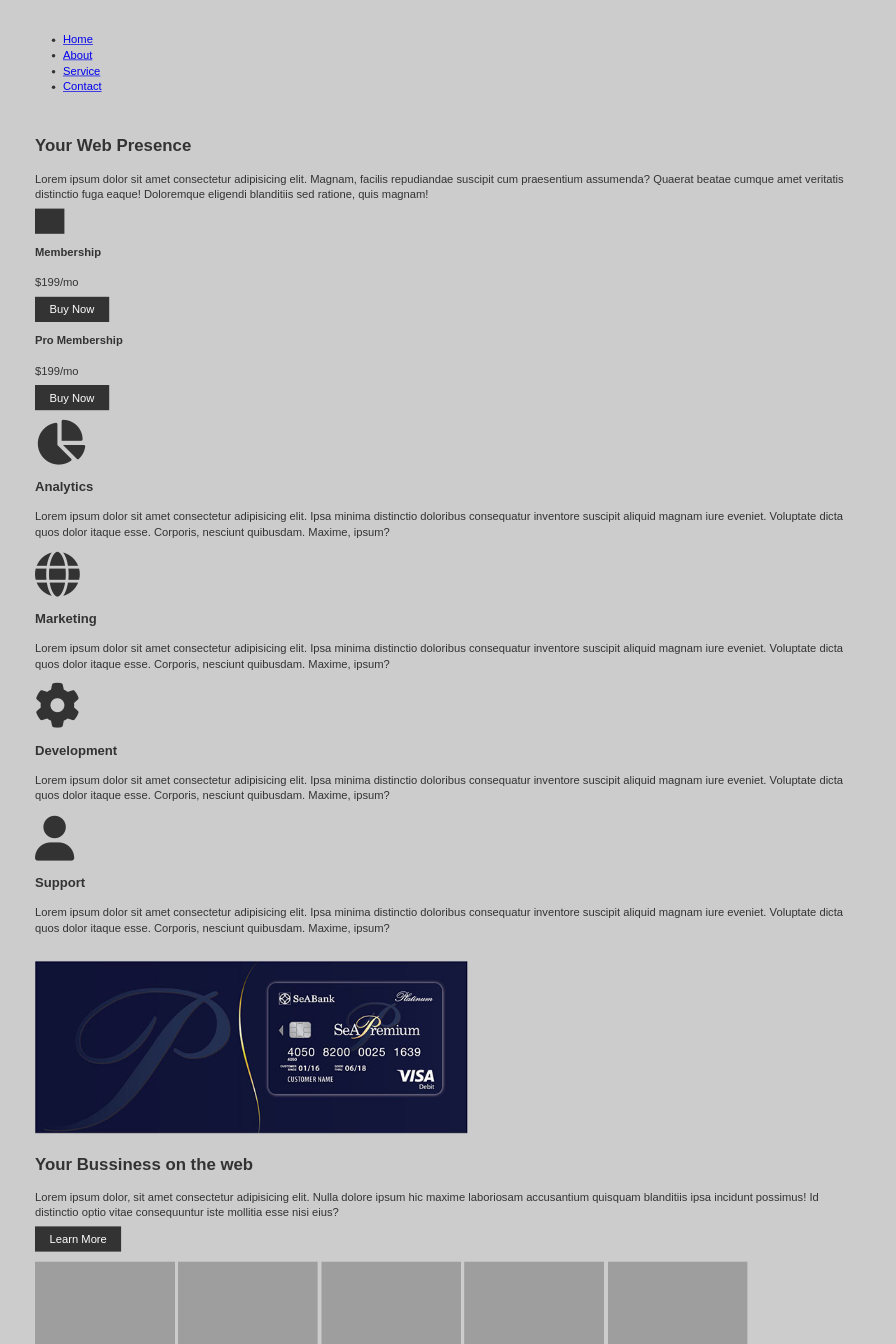
Repository: 1813404040072/grid-demo
Page: index.html
The author's editor kept a copy of each file at every save. The page is drawn from the files as they stood at one save, then again after a run of saves.
The browser window is 1280 px wide. The pictures show the part of the page from y = 0 to 1920 px (the page is 2319 px tall before and 2379 px after), at 70% of full size.
Pictures or frames that could not be fetched are drawn as grey boxes. Some web libraries are served in a nearby version.

Above is the page before, as saved 2019-12-24 23:16:36.

After the next 14 saves:
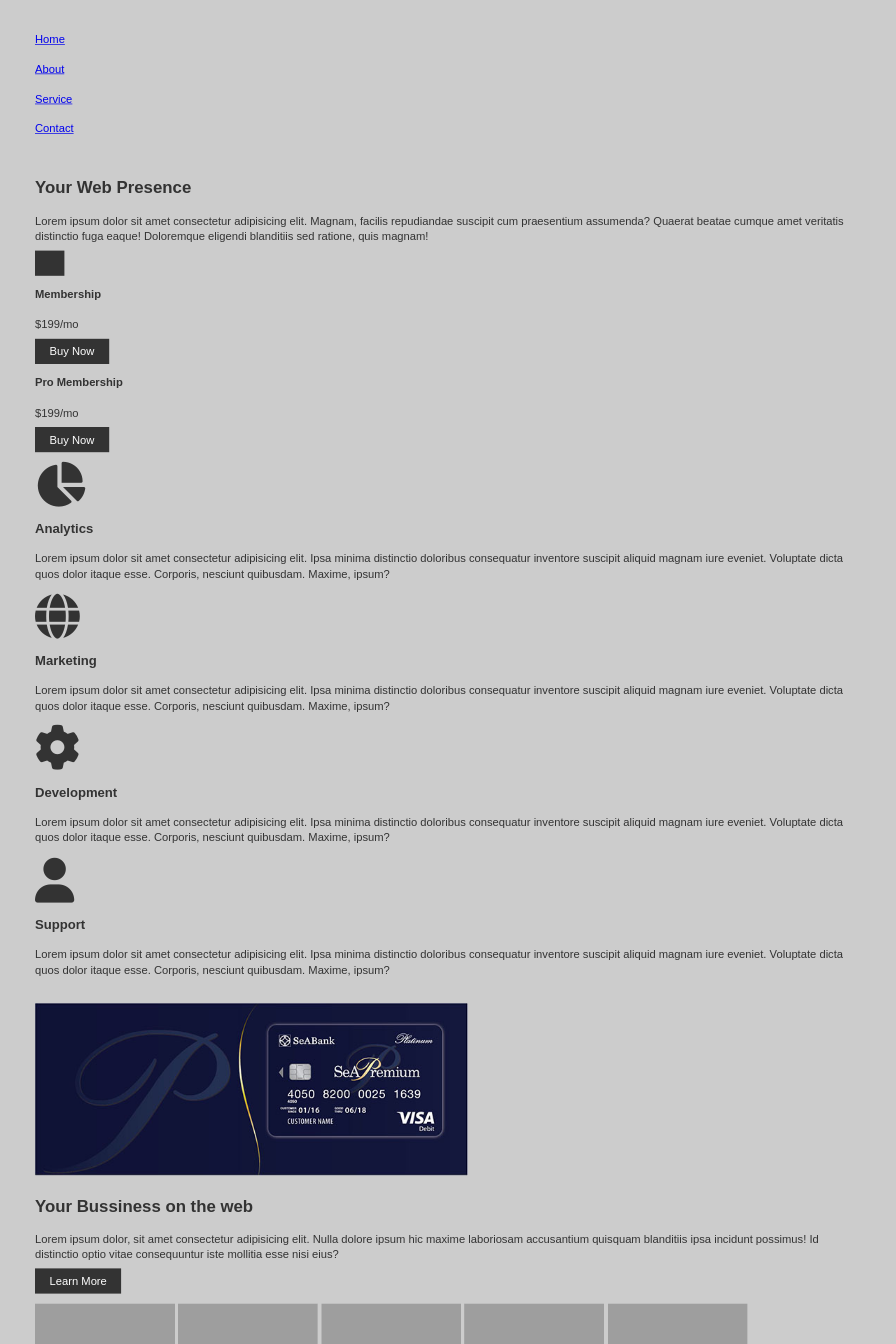
The 14 saves are shown as one change because they came seconds apart.
The last was saved 37 s later.
--- a/style.css
+++ b/style.css
@@ -37,3 +37,10 @@
 
 
 /* Mavigation */
+.main-nav ul {
+    display: grid;
+    grid-gap: 20px;
+    padding: 0;
+    list-style: none;
+    grid-template-columns: ;
+}
